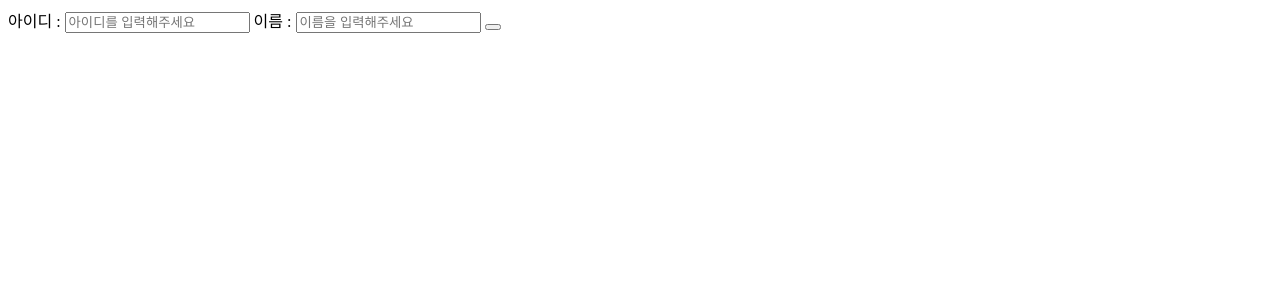
Repository: BangHoJung/jsp
Page: http://localhost/BoardProject_0105__/member/find_pass.jsp
These files come from the project's save history. The page is drawn as it stood at one moment and after the next save; the edit follows.
The browser window is 1280 px wide. The pictures show the whole page.
The page is served by Tomcat 9. Other server files are loaded and not shown.

Above is the page before, as saved 2020-12-30 02:17:56.

### BoardProject(0105~)/WebContent/member/find_pass.jsp
<%@ page language="java" contentType="text/html; charset=UTF-8"
    pageEncoding="UTF-8"%>
<!DOCTYPE html>
<html>
<head>
<meta charset="UTF-8">
<title>Insert title here</title>
</head>
<body>
	<form action="pass_update.jsp" method="post">
		아이디 : <input type="text" name="id" placeholder="아이디를 입력해주세요">
		이름 : <input type="text" name="name" placeholder="이름을 입력해주세요">
		<button type="submit"></button>
	</form>
</body>
</html>

After the next save:
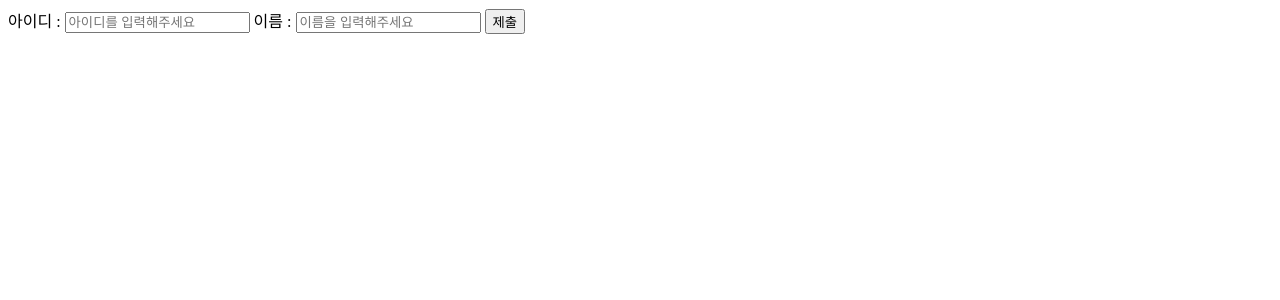
Saved 51 s later.
--- a/BoardProject(0105~)/WebContent/member/find_pass.jsp
+++ b/BoardProject(0105~)/WebContent/member/find_pass.jsp
@@ -10,7 +10,7 @@
 	<form action="pass_update.jsp" method="post">
 		아이디 : <input type="text" name="id" placeholder="아이디를 입력해주세요">
 		이름 : <input type="text" name="name" placeholder="이름을 입력해주세요">
-		<button type="submit"></button>
+		<button type="submit">제출</button>
 	</form>
 </body>
 </html>
